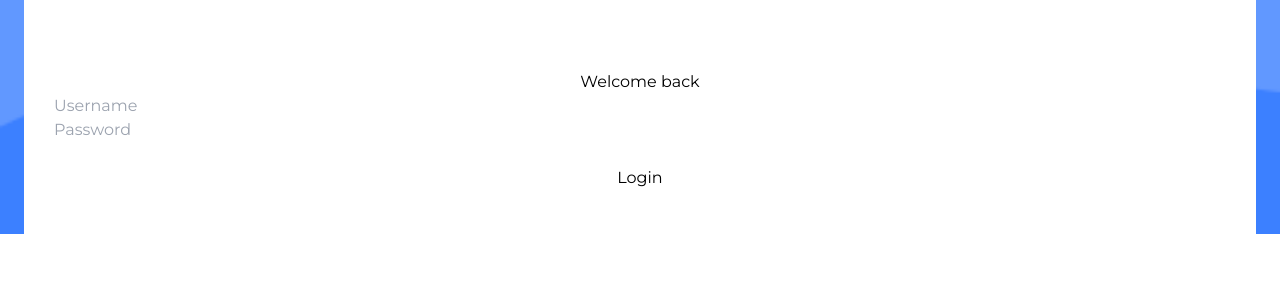
Repository: SatohJiro/CourseSale
Page: /
An editor plug-in stored every save of this project. The page is shown before and after the next save, followed by the edit.
The browser window is 1280 px wide. The pictures show the whole page.
The project was rebuilt for these pictures with package versions that can differ from the ones it lists, and the page was loaded fresh each time. Also part of the build but not shown: src/pages/Home/index.js, src/pages/Courses/index.js, src/layout/DefaultLayout/DefaultLayout.module.scss, src/layout/components/Header/Header.module.scss, src/layout/components/Header/index.js, src/layout/components/Sidebar/Sidebar.module.scss, src/layout/components/Sidebar/index.js, src/layout/DefaultLayout/index.js.

Above is the page before, as saved 2022-12-05 10:50:47.

After the next save:
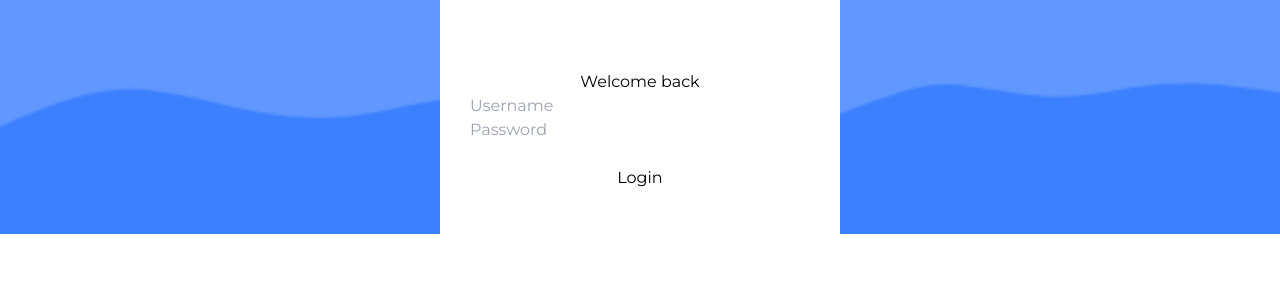
Saved 105 s later.
--- a/src/pages/Login/Login.jsx
+++ b/src/pages/Login/Login.jsx
@@ -4,7 +4,7 @@ const Login = () => {
   return (
     <>
       <div className="grid place-items-center m-0 px-[24px] bg-login bg-no-repeat bg-cover animate-background-pan">
-        <div className="w-full px-[30px] pt-[70px] pb-[44px] round-[24px] bg-white text-center">
+        <div className="w-[400px] px-[30px] pt-[70px] pb-[44px] round-[24px] bg-white text-center">
           <h2>Welcome back</h2>
           <form action="" className="grid">
             <input type="text" placeholder="Username" />
